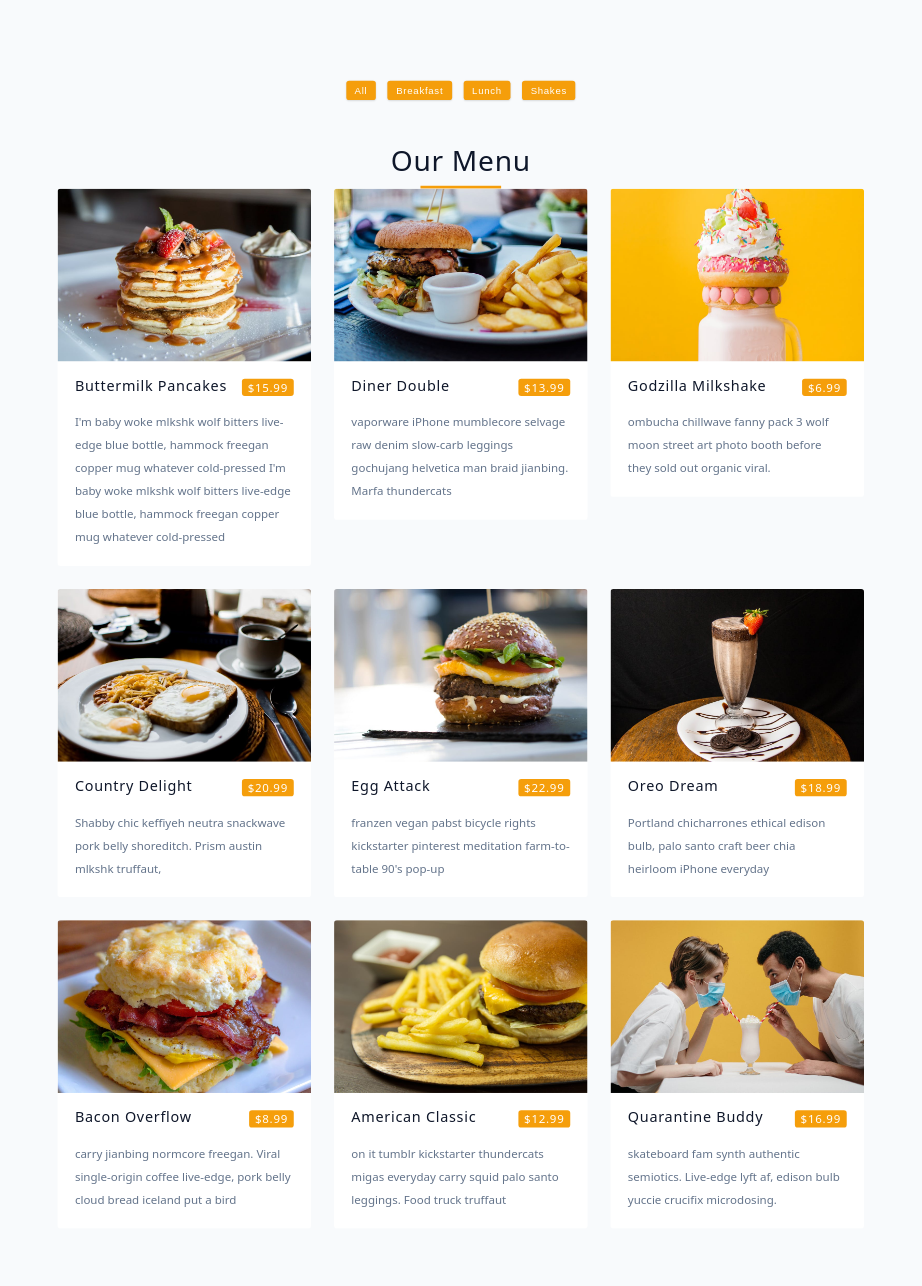
Repository: dydals3440/React-Projects
Page: / (app in 04-fundamental-projects/05-menu/starter/)
The author's editor kept a copy of each file at every save. The page is drawn from the files as they stood at one save, then again after a run of saves.
The browser window is 1280 px wide. The pictures show the whole page, at 72% of full size.
The project was rebuilt for these pictures with package versions that can differ from the ones it lists, and the page was loaded fresh each time. Also part of the build but not shown: 04-fundamental-projects/05-menu/starter/vite.config.js.

Above is the page before, as saved 2023-09-06 16:52:08.

After the next 2 saves:
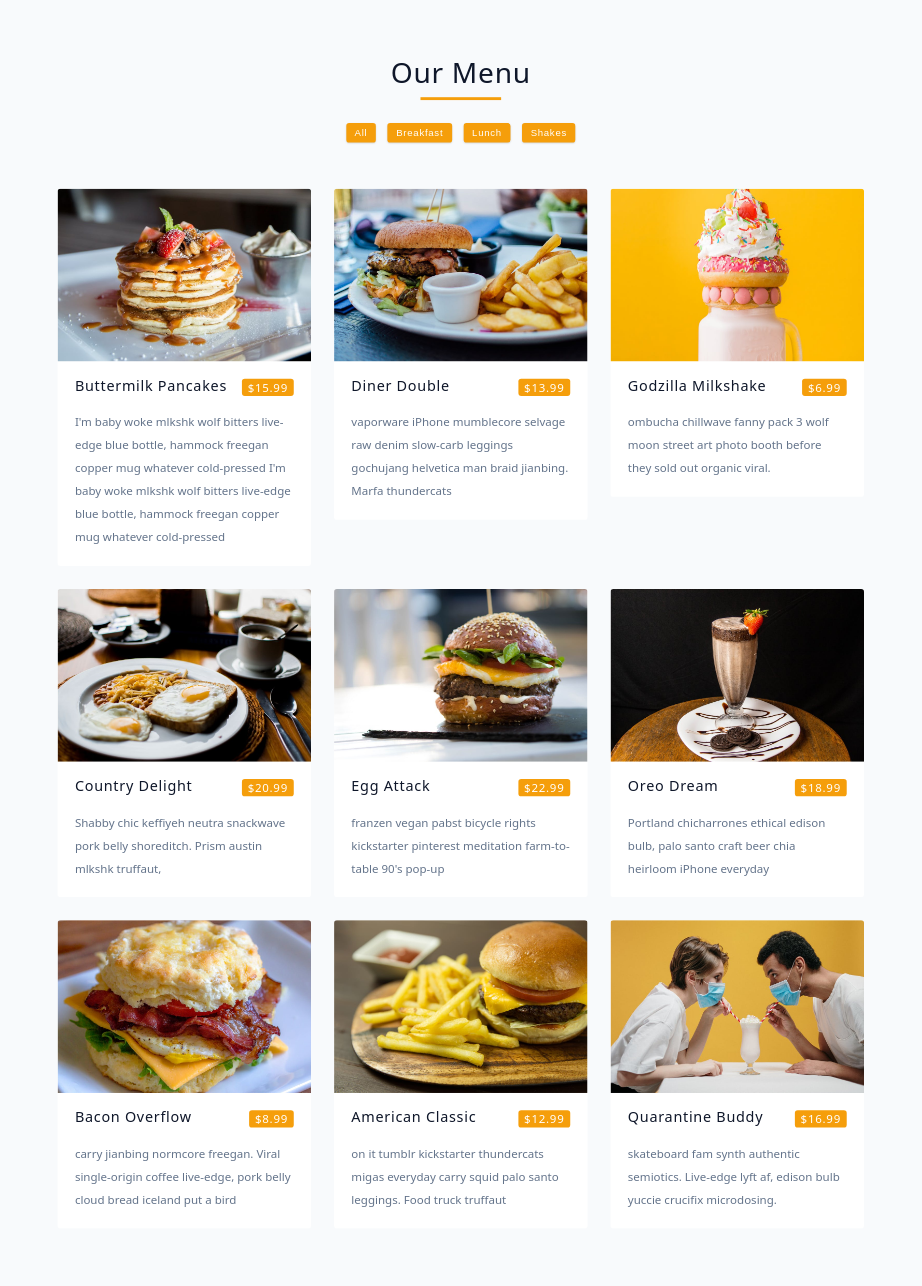
The 2 saves are shown as one change because they came seconds apart.
The last was saved 10 s later.
--- a/04-fundamental-projects/05-menu/starter/src/App.jsx
+++ b/04-fundamental-projects/05-menu/starter/src/App.jsx
@@ -19,8 +19,8 @@ const App = () => {
   return (
     <main>
       <section className='menu'>
+        <Title text='our menu' />
         <Categories categories={categories} />
-        <Title text='our menu' />
         <Menu items={menuItems} />
       </section>
     </main>
